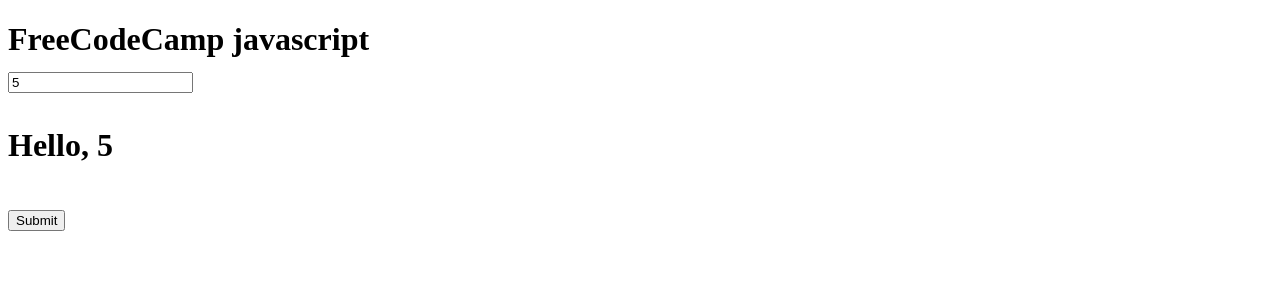
Repository: cuongcay/Clone_YB
Page: FreeCodeCamp.html
These files come from the project's save history. The page is drawn as it stood at one moment and after the next save; the edit follows.
The browser window is 1280 px wide. The pictures show the whole page.
Empty fields were first filled with sample values (such as "Sample", 5 or name@example.com).
After loading, the first visible `#submit` was clicked once.

Above is the page before, as saved 2022-08-02 15:48:17.

After the next save:
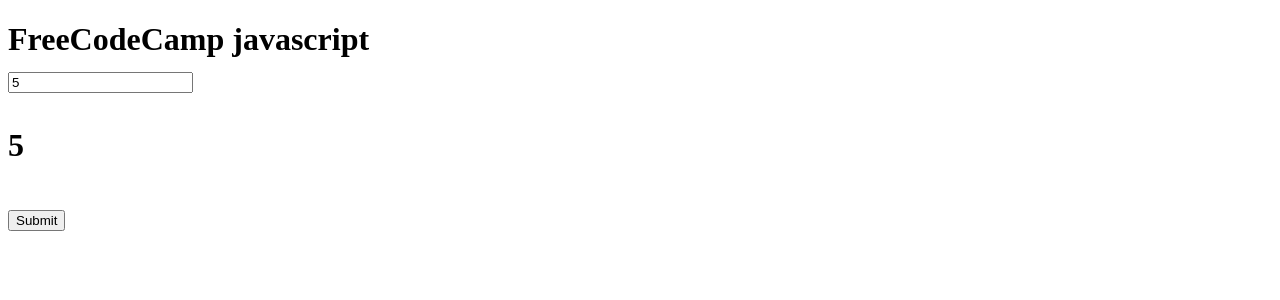
Saved 17 s later.
--- a/FreeCodeCamp.js
+++ b/FreeCodeCamp.js
@@ -5,5 +5,5 @@
     const submit = document.getElementById("submit");
 
     hello.innerHTML = `
-    <p>Hello, ${input}</p>`
+    <p> ${input}</p>`
 }
